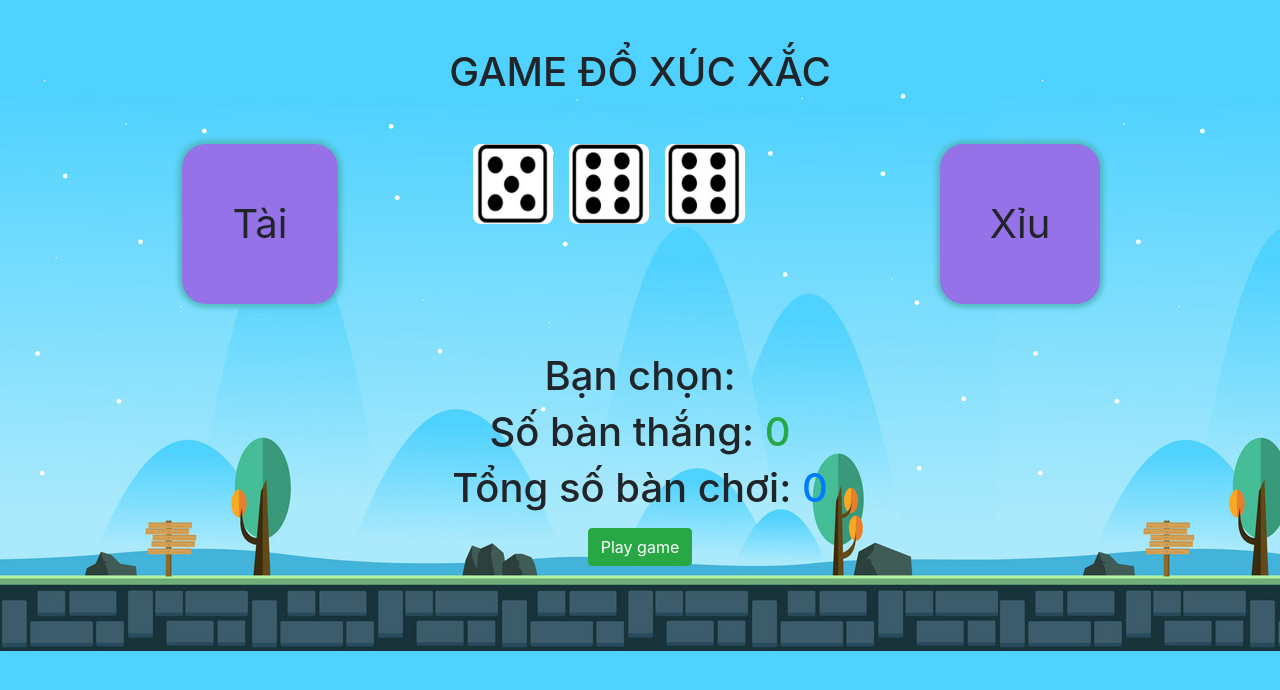
Repository: dovanthao2404/game-xuc-sac
Page: /
The author's editor kept a copy of each file at every save. The page is drawn from the files as they stood at one save, then again after the next save.
The browser window is 1280 px wide. The pictures show the whole page.
The project was rebuilt for these pictures with package versions that can differ from the ones it lists, and the page was loaded fresh each time.

Above is the page before, as saved 2021-09-11 15:34:23.

### public/index.html
<!DOCTYPE html>
<html lang="en">

<head>
  <meta charset="utf-8" />
  <link rel="icon" href="%PUBLIC_URL%/favicon.ico" />
  <meta name="viewport" content="width=device-width, initial-scale=1" />
  <meta name="theme-color" content="#000000" />
  <meta name="description" content="Web site created using create-react-app" />
  <link rel="apple-touch-icon" href="%PUBLIC_URL%/logo192.png" />
  <link rel="manifest" href="%PUBLIC_URL%/manifest.json" />
  <title>React App</title>
  <link rel="stylesheet" href="https://cdn.jsdelivr.net/npm/bootstrap@4.6.0/dist/css/bootstrap.min.css"
    integrity="sha384-B0vP5xmATw1+K9KRQjQERJvTumQW0nPEzvF6L/Z6nronJ3oUOFUFpCjEUQouq2+l" crossorigin="anonymous">
  <link rel="stylesheet" href="%PUBLIC_URL%/css/style.css">
</head>

<body>
  <noscript>You need to enable JavaScript to run this app.</noscript>
  <div id="root"></div>
</body>

</html>

### src/index.js
import React from 'react';
import ReactDOM from 'react-dom';
import './index.css';
import App from './App';
import reportWebVitals from './reportWebVitals';
import { createStore } from "redux"
import { Provider } from 'react-redux';
import { rootReducer } from './redux/reducer';
const store = createStore(rootReducer)
ReactDOM.render(
  <Provider store={store}>
    <App />
  </Provider>,
  document.getElementById('root')
);

// If you want to start measuring performance in your app, pass a function
// to log results (for example: reportWebVitals(console.log))
// or send to an analytics endpoint. Learn more: https://bit.ly/CRA-vitals
reportWebVitals();

### src/index.css
body {
  margin: 0;
  padding: 0;
  box-sizing: border-box;
  font-family: -apple-system, BlinkMacSystemFont, 'Segoe UI', 'Roboto', 'Oxygen',
    'Ubuntu', 'Cantarell', 'Fira Sans', 'Droid Sans', 'Helvetica Neue',
    sans-serif;
  -webkit-font-smoothing: antialiased;
  -moz-osx-font-smoothing: grayscale;
}

code {
  font-family: source-code-pro, Menlo, Monaco, Consolas, 'Courier New',
    monospace;
}

### src/App.js
import DoiXiNgau from "./Components";



function App() {
  return (
    <>
      <DoiXiNgau></DoiXiNgau>
    </>
  );
}

export default App;

### src/redux/reducer/index.js
import { combineReducers, } from "redux";
import { gameReducer } from "./game"
export const rootReducer = combineReducers({
  game: gameReducer
})

### src/Components/index.js
import React, { Component } from 'react'
import { connect } from 'react-redux'
import * as ActionGame from "./../redux/actions"
import XucSuc from './XucSuc'
class DoiXiNgau extends Component {

  handleChoseType = (e) => {
    const value = e.target.getAttribute("data-value")
    this.props.chooseType(value)
  }

  handlePlayGame = () => {
    const { totalGamePlay, type } = this.props.game
    const typeWhilePlay = totalGamePlay >= 4 && totalGamePlay <= 10 ? "Xỉu" : "Tài"
    if (typeWhilePlay === type) {
      this.props.updateWin()
    }
    this.props.updateTotalGame()
    this.props.updateWhilePlay(0);
  }


  render() {
    return (
      <div className="main">
        <div className="container mt-5">
          <div className="title mb-5">
            <h1 className="text-center">GAME ĐỔ XÚC XẮC</h1>
          </div>
          <div>
            <div className="row justify-content-between">
              <div className="col-4">
                <div className="type d-flex justify-content-center align-items-center">
                  <span data-value="Tài" onClick={this.handleChoseType}>Tài</span>
                </div>
              </div>
              <div className="col-4">
                <div className="d-flex">
                  <XucSuc />
                </div>
              </div>
              <div className="col-4">
                <div className="type d-flex justify-content-center align-items-center">
                  <span data-value="Xỉu" onClick={this.handleChoseType}>Xỉu</span>
                </div>
              </div>
            </div>
          </div>

          <div className="result text-center mt-5">
            <h1>Bạn chọn: <span className="text-danger">{this.props.game.type}</span></h1>
            <h1>Số bàn thắng: <span className="text-success">{this.props.game.totalGameWin}</span></h1>
            <h1>Tổng số bàn chơi: <span className="text-primary">{this.props.game.totalGamePlay}</span></h1>
          </div>
          <div className="play-game text-center mt-3">
            <button className="btn btn-success" onClick={this.handlePlayGame}>Play game</button>
          </div>
        </div>
      </div>
    )
  }
}

const mapStateToProps = (state, ownProps) => {
  return {
    game: state.game
  }
}

const mapDispatchToProps = (dispatch, ownProps) => {
  return {
    chooseType: (type) => {
      dispatch(ActionGame.chooseType(type))
    },
    updateWin: () => {
      dispatch(ActionGame.updateWin())
    },
    updateTotalGame: () => {
      dispatch(ActionGame.updateTotalGamePlay())
    },
    updateWhilePlay: (data) => {
      dispatch(ActionGame.updateTotalWhilePlay(data))
    }
  }
}
export default connect(mapStateToProps, mapDispatchToProps)(DoiXiNgau)

### src/redux/reducer/game.js
import { UPDATE_TYPE, UPDATE_TOTAL_WIN, UPDATE_TOTAL_GAME_PLAY, UPDATE_TOTAL_WHILE_PLAY } from "./../constants"

const game = {
  type: '',
  totalGameWin: 0,
  totalGamePlay: 0,
  totalWhilePlay: 0
}

export const gameReducer = (state = game, action) => {
  switch (action.type) {
    case UPDATE_TYPE:
      state.type = action.payload
      return { ...state }
    case UPDATE_TOTAL_WIN:
      state.totalGameWin++;
      return { ...state }
    case UPDATE_TOTAL_GAME_PLAY:
      state.totalGamePlay++;
      return { ...state }
    case UPDATE_TOTAL_WHILE_PLAY:
      state.totalWhilePlay = action.payload
      return { ...state }
    default:
      return { ...state }
  }
}

### src/redux/actions/index.js
import { UPDATE_TYPE, UPDATE_TOTAL_WIN, UPDATE_TOTAL_GAME_PLAY, UPDATE_TOTAL_WHILE_PLAY } from "./../constants"
const chooseType = (type) => {
  return {
    type: UPDATE_TYPE,
    payload: type
  }
}

const updateWin = () => {
  return {
    type: UPDATE_TOTAL_WIN,
  }
}


const updateTotalGamePlay = () => {
  return {
    type: UPDATE_TOTAL_GAME_PLAY,
  }
}

const updateTotalWhilePlay = (data) => {
  return {
    type: UPDATE_TOTAL_WHILE_PLAY,
    payload: data
  }
}
export { chooseType, updateWin, updateTotalGamePlay, updateTotalWhilePlay }

### src/Components/XucSuc.js
import React, { PureComponent } from 'react'

export default class XucSuc extends PureComponent {


  handleRenderXucXac = () => {
    const xucXac = []
    let count = 0
    for (let i = 0; i < 3; i++) {
      const random = Math.ceil(Math.random() * 6)
      count += random;
      xucXac.push(<img key={i} src={"./images/" + random + ".png"} alt="" />)
    }
    this.props.updateWhilePlay(count);
    this.setState({ isPlay: false })
    return xucXac;
  }

  renderFirst = () => {
    const xucXac = []
    for (let i = 0; i < 3; i++) {
      const random = Math.ceil(Math.random() * 6)
      xucXac.push(<img key={i} src={"./images/" + random + ".png"} alt="" />)
    }
    return xucXac;
  }
  render() {
    return (
      <>
        {this.renderFirst()}
      </>
    )
  }
}

### src/redux/constants/index.js
const UPDATE_TYPE = "game/UPDATE_TYPE";
const UPDATE_TOTAL_WIN = "game/UPDATE_TOTAL_WIN";
const UPDATE_TOTAL_GAME_PLAY = "game/UPDATE_TOTAL_GAME_PLAY";
const UPDATE_TOTAL_WHILE_PLAY = "game/UPDATE_TOTAL_WHILE_PLAY";
export { UPDATE_TYPE, UPDATE_TOTAL_WIN, UPDATE_TOTAL_GAME_PLAY, UPDATE_TOTAL_WHILE_PLAY }

### public/css/style.css
@font-face {
  font-family:  "fontGame";
  src: url(./../images/Pony.ttf);
}
body {
  font-family: "fontGame";
}
.main {
  background-image: url(./../images/bgGame.png);
  top: 0;
  left:0;
  right: 0;
  bottom: 0;
  display: block;
  position: absolute;
  z-index: -10;
}

.type span{
  display: block;
  padding: 50px;
  border-radius: 24px;
  font-size: 40px;
  background: rgb(149, 114, 231);
  cursor: pointer;
  box-shadow: 0 0 4px 4px rgba(78, 182, 185, 0.8);
}

img {
  margin: 0 8px;
  width: 80px;
  border-radius: 8px ;
}

Loaded but not shown: src/reportWebVitals.js (common file)

After the next save:
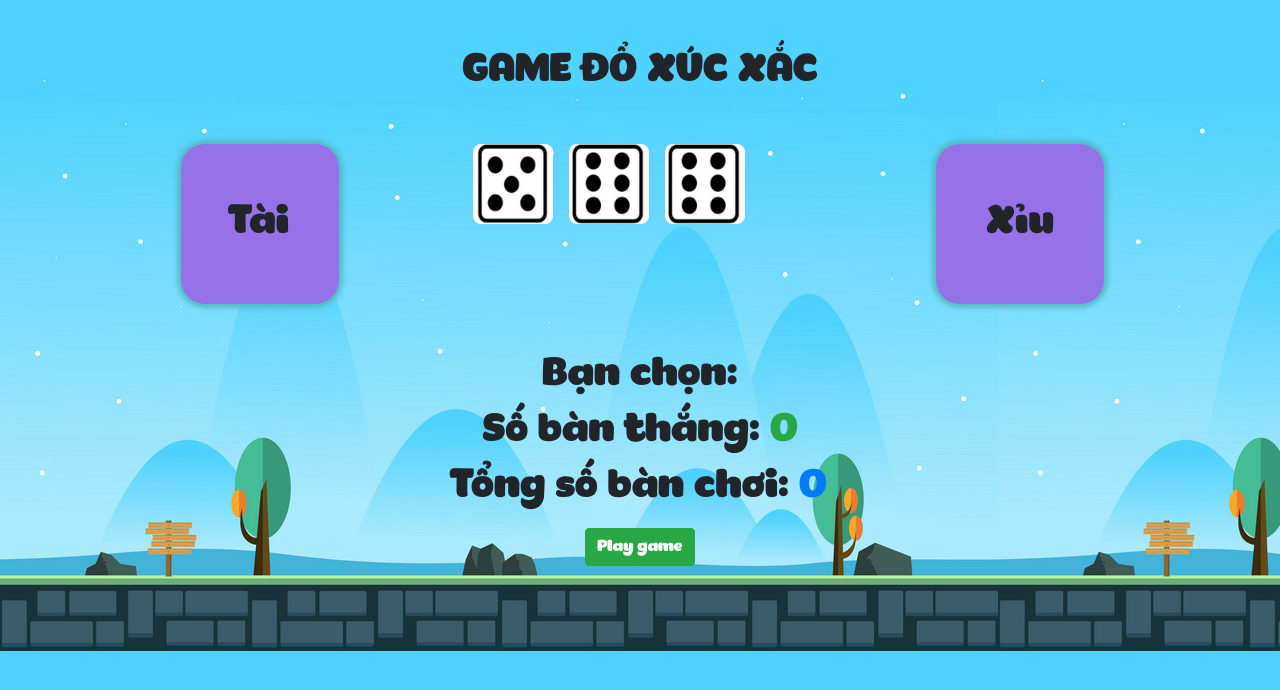
Saved 27 s later.
--- a/public/css/style.css
+++ b/public/css/style.css
@@ -3,7 +3,7 @@
   src: url(./../images/Pony.ttf);
 }
 body {
-  font-family: "fontGame";
+  font-family: "fontGame"!important;
 }
 .main {
   background-image: url(./../images/bgGame.png);
